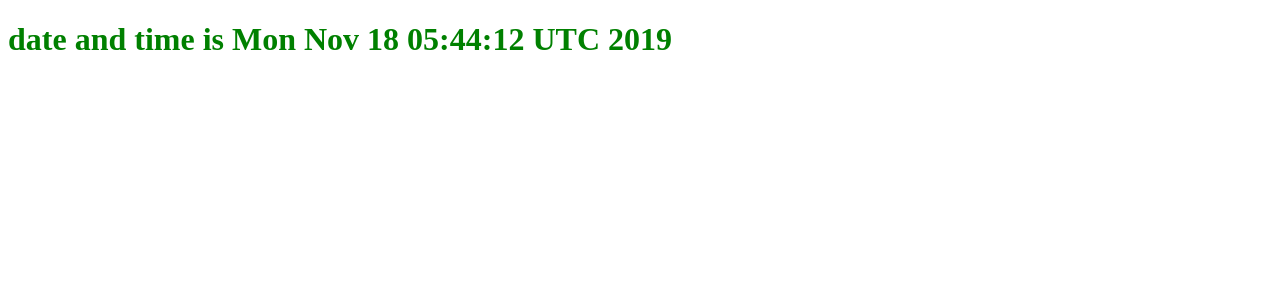
Repository: santhoshkaranth10/TYSS-16sep19-santhoshkaranthkb
Page: http://localhost/webapp/index.jsp
The author's editor kept a copy of each file at every save. The page is drawn from the files as they stood at one save, then again after the next save.
The browser window is 1280 px wide. The pictures show the whole page.
The page is served by Tomcat 9.

Above is the page before, as saved 2019-11-18 06:00:02.

After the next save:
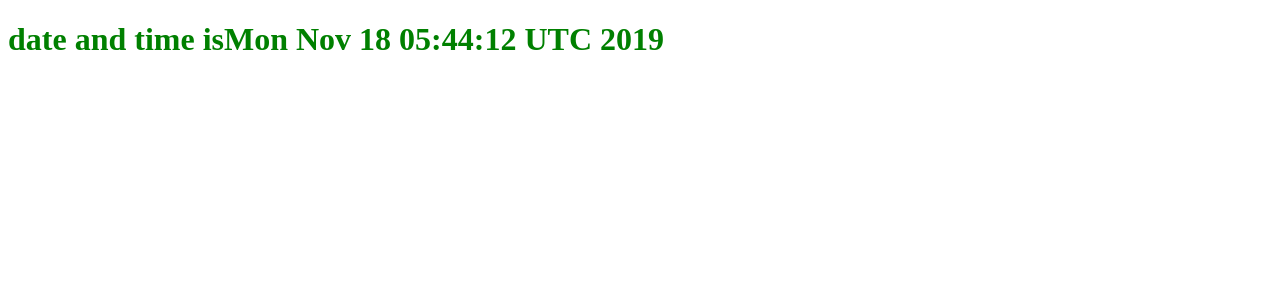
Saved 3 min 53 s later.
--- a/eclipse-workspace/webapp/WebContent/index.jsp
+++ b/eclipse-workspace/webapp/WebContent/index.jsp
@@ -18,8 +18,6 @@
 }
 	%>
 <body>
-	<h1 style="color: green;">
-		date and time is
-		<%=date%></h1>
+	<h1 style="color: green;">date and time is<%=date%></h1>
 </body>
 </html>
